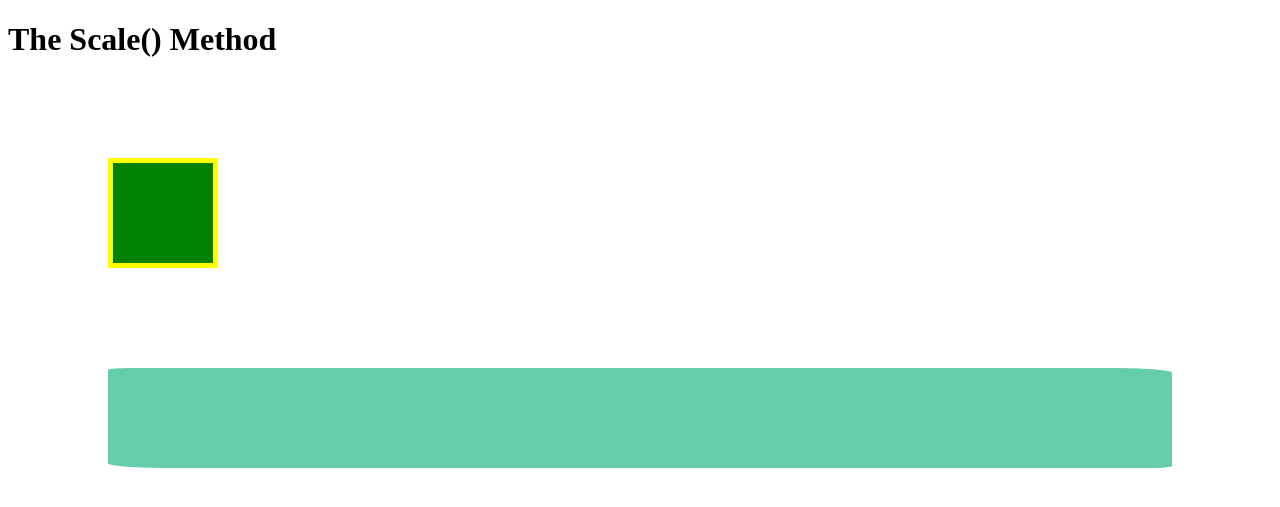
Repository: BhardwajMonika/core-java
Page: HTML2/WebContent/Scale.html
These files come from the project's save history. The page is drawn as it stood at one moment and after the next save; the edit follows.
The browser window is 1280 px wide. The pictures show the whole page.

Above is the page before, as saved 2019-02-27 10:20:26.

### HTML2/WebContent/Scale.html
<!DOCTYPE html>
<html>
<head>
<style type="text/css">
.square{
width:100px;
height:100px;
background-color:green;
border:5px solid Yellow;
margin:100px;
transition:transform 1s;
}

.square:hover{transform:scale(2);}

.droplet{
height:100px;
background-color:mediumaquamarine;
border-radius:2% 5%;
margin:100px;
transition:all 3s;
transition-timing:ease-in-out;
}

.droplet:hover{transform:rotateX(180deg);}
</style>
<meta charset="ISO-8859-1">
<title>Insert title here</title>
</head>
<body>
<h1>The Scale() Method</h1>
<div class="square"></div>
<div class="droplet"></div>
</body>
</html>

After the next save:
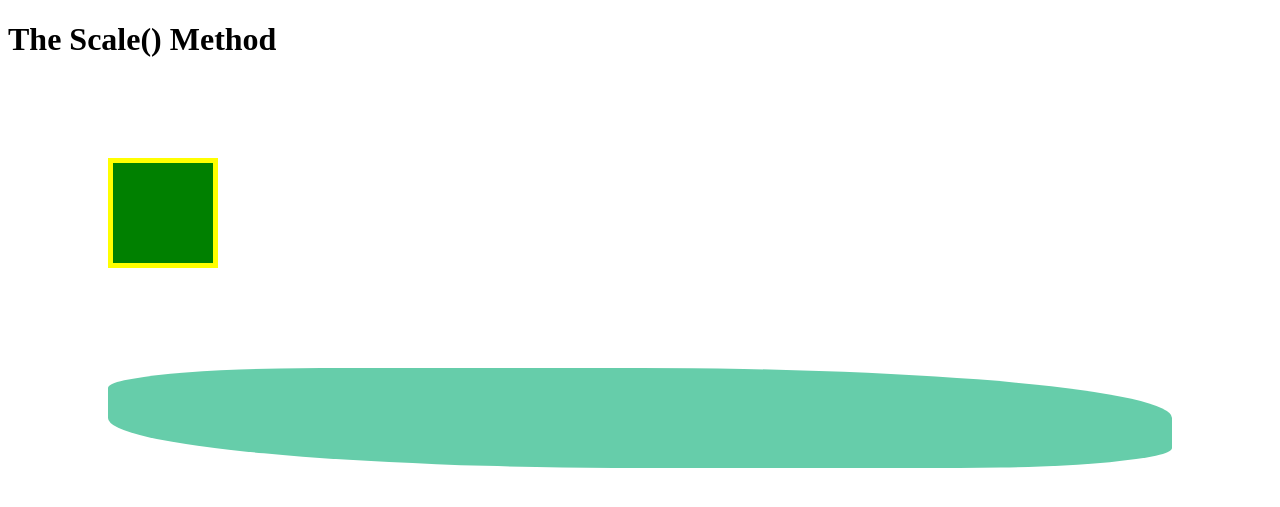
Saved 13 s later.
--- a/HTML2/WebContent/Scale.html
+++ b/HTML2/WebContent/Scale.html
@@ -16,7 +16,7 @@ transition:transform 1s;
 .droplet{
 height:100px;
 background-color:mediumaquamarine;
-border-radius:2% 5%;
+border-radius:20% 50%;
 margin:100px;
 transition:all 3s;
 transition-timing:ease-in-out;
